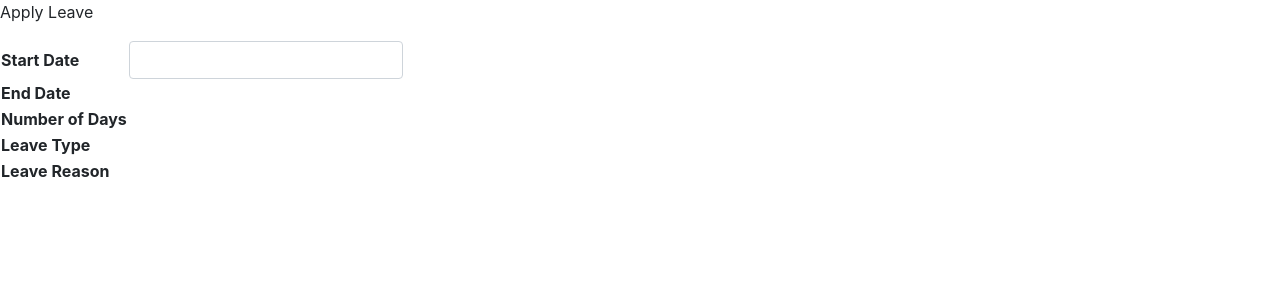
Repository: rkmr039/EMS_PROJECT
Page: http://localhost/EMS/ApplyLeaves.jsp
An editor plug-in stored every save of this project. The page is shown before and after the next save, followed by the edit.
The browser window is 1280 px wide. The pictures show the whole page.
The page is served by Tomcat 9. Other server files are loaded and not shown.

Above is the page before, as saved 2019-08-27 06:04:04.
Console error: TypeError: Cannot read properties of undefined (reading 'fn')

### EMS/WebContent/ApplyLeaves.jsp
<%@ page language="java" contentType="text/html; charset=ISO-8859-1"
    pageEncoding="ISO-8859-1"%>
<!DOCTYPE html PUBLIC "-//W3C//DTD HTML 4.01 Transitional//EN" "http://www.w3.org/TR/html4/loose.dtd">
<html>
<head>
<link rel="stylesheet" href="https://stackpath.bootstrapcdn.com/bootstrap/4.3.1/css/bootstrap.min.css" integrity="sha384-ggOyR0iXCbMQv3Xipma34MD+dH/1fQ784/j6cY/iJTQUOhcWr7x9JvoRxT2MZw1T" crossorigin="anonymous">
<script src="https://stackpath.bootstrapcdn.com/bootstrap/4.3.1/js/bootstrap.min.js" integrity="sha384-JjSmVgyd0p3pXB1rRibZUAYoIIy6OrQ6VrjIEaFf/nJGzIxFDsf4x0xIM+B07jRM" crossorigin="anonymous"></script>

<meta http-equiv="Content-Type" content="text/html; charset=ISO-8859-1">
<title>Apply leave | EMS</title>
</head>
<body>
	<p id="page">Apply Leave</p>

	<table>
		<tr>
			<th>Start Date</th>
			<td class="date" id='datetimepicker1'><input type='text' name="startDate" class="form-control datepicker" />
                    <span class="input-group-addon">
                        <span class="glyphicon glyphicon-calendar"></span>
                    </span>
            </td>
            <script type="text/javascript">
        $(function () {
            $('#datetimepicker1').datetimepicker({
                icons: {
                    time: "fa fa-clock-o",
                    date: "fa fa-calendar",
                    up: "fa fa-arrow-up",
                    down: "fa fa-arrow-down"
                }
            });
        });
    </script>
		</tr>
		<tr>
			<th>End Date</th>
			<td></td>
		</tr>
		<tr>
			<th>Number of Days</th>
			<td></td>
		</tr>
		<tr>
			<th>Leave Type</th>
			<td></td>
		</tr>
		<tr>
			<th>Leave Reason</th>
			<td></td>
		</tr>
		<tr>
			<td></td>
			<td></td>
		</tr>
	</table>


<script src="https://code.jquery.com/jquery-3.3.1.slim.min.js" integrity="sha384-q8i/X+965DzO0rT7abK41JStQIAqVgRVzpbzo5smXKp4YfRvH+8abtTE1Pi6jizo" crossorigin="anonymous"></script>
<script src="https://cdnjs.cloudflare.com/ajax/libs/popper.js/1.14.7/umd/popper.min.js" integrity="sha384-UO2eT0CpHqdSJQ6hJty5KVphtPhzWj9WO1clHTMGa3JDZwrnQq4sF86dIHNDz0W1" crossorigin="anonymous"></script>

</body>
</html>

After the next save:
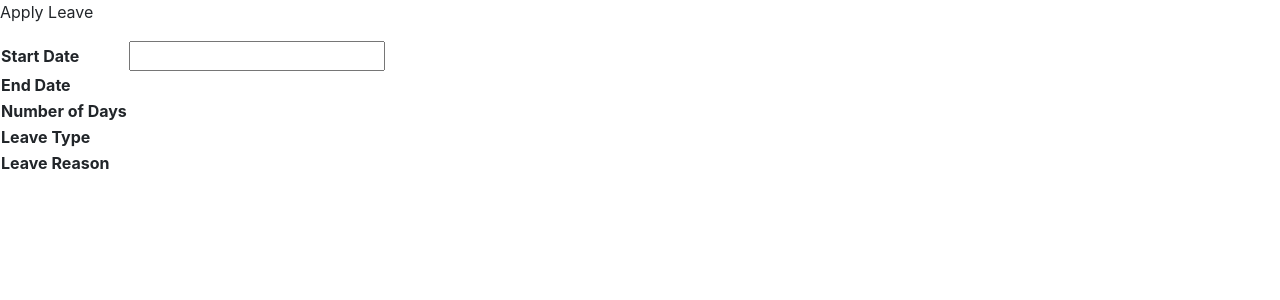
Saved 46 s later.
--- a/EMS/WebContent/ApplyLeaves.jsp
+++ b/EMS/WebContent/ApplyLeaves.jsp
@@ -15,23 +15,10 @@
 	<table>
 		<tr>
 			<th>Start Date</th>
-			<td class="date" id='datetimepicker1'><input type='text' name="startDate" class="form-control datepicker" />
-                    <span class="input-group-addon">
-                        <span class="glyphicon glyphicon-calendar"></span>
-                    </span>
+			<td ><input type='text' name="startDate"  />
+
             </td>
-            <script type="text/javascript">
-        $(function () {
-            $('#datetimepicker1').datetimepicker({
-                icons: {
-                    time: "fa fa-clock-o",
-                    date: "fa fa-calendar",
-                    up: "fa fa-arrow-up",
-                    down: "fa fa-arrow-down"
-                }
-            });
-        });
-    </script>
+
 		</tr>
 		<tr>
 			<th>End Date</th>
